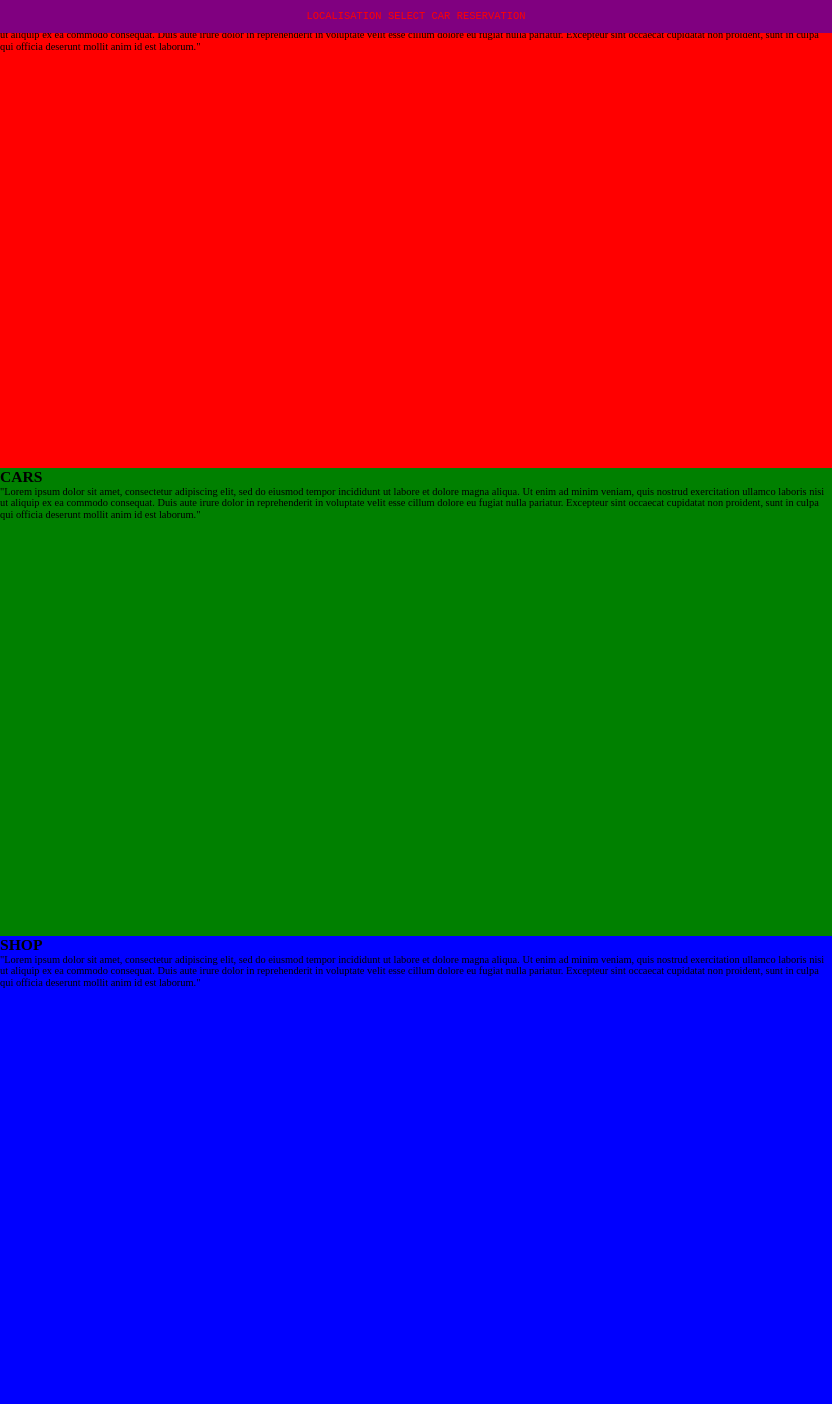
Repository: romgrm/jenaipasdevoiture
Page: src/main/java/fr/romgrm/index.html
An editor plug-in stored every save of this project. The page is shown before and after the next save, followed by the edit.
The browser window is 1280 px wide. The pictures show the whole page, at 65% of full size.

Above is the page before, as saved 2020-10-15 18:10:18.

### src/main/java/fr/romgrm/index.html
<!DOCTYPE html>
<html lang="fr">
    <head>
        <title>JENAIPASDARGENT</title>
        <link rel="stylesheet" href="style.css" type="text/css"/>
    </head>
    <body>

        <div id="CONTAINER">

            <nav id="navBar">
                <ul>
                    <li>LOCALISATION</li>
                    <li>SELECT CAR</li>
                    <li>RESERVATION</li>
                </ul>
            </nav>


            <Section id="Section" class="HOME">
                 <h2>HOME</h2>
                 <p>"Lorem ipsum dolor sit amet, consectetur adipiscing elit, sed do eiusmod tempor incididunt ut labore et dolore magna aliqua. Ut enim ad minim veniam, quis nostrud exercitation ullamco laboris nisi ut aliquip ex ea commodo consequat. Duis aute irure dolor in reprehenderit in voluptate velit esse cillum dolore eu fugiat nulla pariatur. Excepteur sint occaecat cupidatat non proident, sunt in culpa qui officia deserunt mollit anim id est laborum."</p>
            </Section>




            <Section id="Section" class="SELECTCAR">
                <h2>CARS</h2>
                <p>"Lorem ipsum dolor sit amet, consectetur adipiscing elit, sed do eiusmod tempor incididunt ut labore et dolore magna aliqua. Ut enim ad minim veniam, quis nostrud exercitation ullamco laboris nisi ut aliquip ex ea commodo consequat. Duis aute irure dolor in reprehenderit in voluptate velit esse cillum dolore eu fugiat nulla pariatur. Excepteur sint occaecat cupidatat non proident, sunt in culpa qui officia deserunt mollit anim id est laborum."</p>
            </Section>




            <Section id="Section" class="RECAPITULATE">
                <h2>SHOP</h2>
                <p>"Lorem ipsum dolor sit amet, consectetur adipiscing elit, sed do eiusmod tempor incididunt ut labore et dolore magna aliqua. Ut enim ad minim veniam, quis nostrud exercitation ullamco laboris nisi ut aliquip ex ea commodo consequat. Duis aute irure dolor in reprehenderit in voluptate velit esse cillum dolore eu fugiat nulla pariatur. Excepteur sint occaecat cupidatat non proident, sunt in culpa qui officia deserunt mollit anim id est laborum."</p>
            </Section>



        </div>

### src/main/java/fr/romgrm/style.css
*{
    margin: 0;
    padding: 0;
}

body{

}

#navBar{
    background-color: purple;
    position: fixed;
    top: 0;
    z-index: 1;
    display: flex;
    width: 100%;
    height: 50px;
    font-family: 'Courier New', Courier, monospace;

}

#navBar ul{
    display: flex;
    list-style-type: none;
    width: 100%;
    justify-content: center;
    align-items: center;
    gap: 10px;
}

#navBar:hover{
    color: red;
}

#CONTAINER{
    height: 100%;
    width: 100%;

    scroll-behavior: smooth;
}


#Section{
    display: flex;
    flex-direction: column;
    width: 100%;
    height: 100vh; /* vh = Viewport Height : permet de dimensioner par rapport à la taille de l'écran*/

}
.HOME{
    background-color: red;
    margin: 0;
    padding: 0;
}

.SELECTCAR{
    background-color: green;
}

.RECAPITULATE{
    background-color: blue;
}

After the next save:
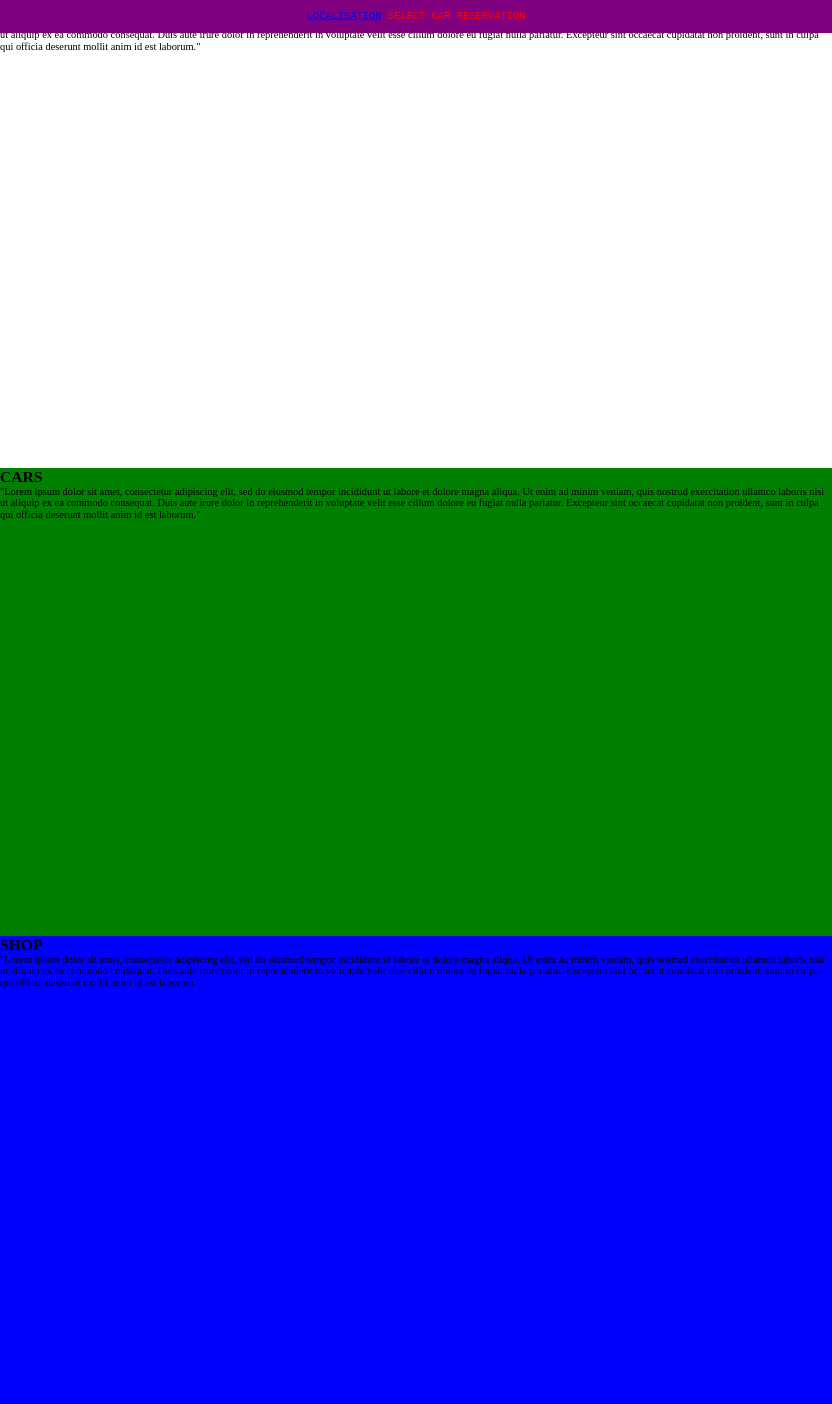
Saved 77 s later.
--- a/src/main/java/fr/romgrm/index.html
+++ b/src/main/java/fr/romgrm/index.html
@@ -10,14 +10,14 @@
 
             <nav id="navBar">
                 <ul>
-                    <li>LOCALISATION</li>
+                    <li><a href=".LOCALISATION">LOCALISATION</a></li>
                     <li>SELECT CAR</li>
                     <li>RESERVATION</li>
                 </ul>
             </nav>
 
 
-            <Section id="Section" class="HOME">
+            <Section id="Section" class="LOCALISATION">
                  <h2>HOME</h2>
                  <p>"Lorem ipsum dolor sit amet, consectetur adipiscing elit, sed do eiusmod tempor incididunt ut labore et dolore magna aliqua. Ut enim ad minim veniam, quis nostrud exercitation ullamco laboris nisi ut aliquip ex ea commodo consequat. Duis aute irure dolor in reprehenderit in voluptate velit esse cillum dolore eu fugiat nulla pariatur. Excepteur sint occaecat cupidatat non proident, sunt in culpa qui officia deserunt mollit anim id est laborum."</p>
             </Section>

After the save that followed:
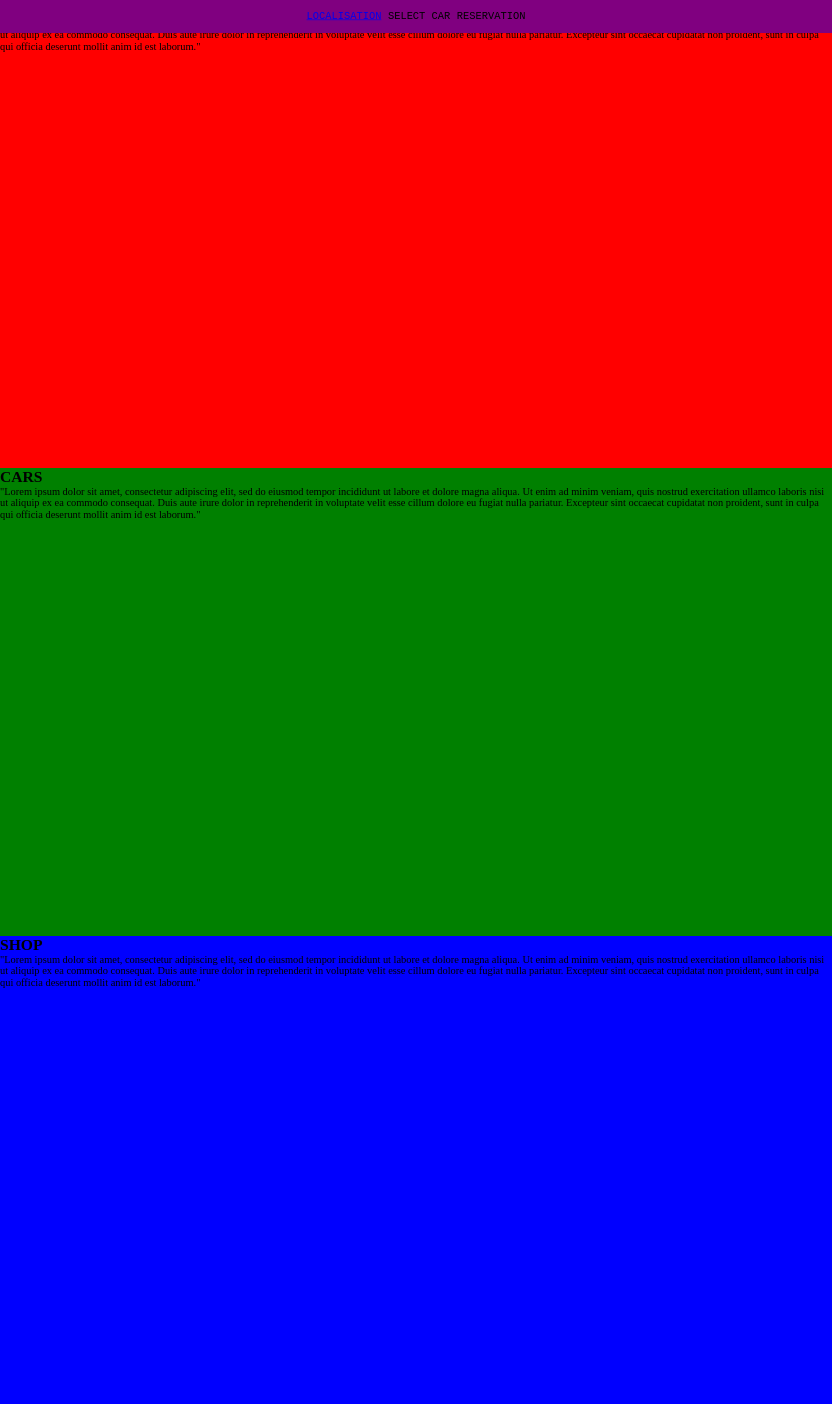
Saved 6 s later.
--- a/src/main/java/fr/romgrm/style.css
+++ b/src/main/java/fr/romgrm/style.css
@@ -28,7 +28,7 @@ body{
     gap: 10px;
 }
 
-#navBar:hover{
+#navBar ul li a:hover{
     color: red;
 }
 
@@ -47,7 +47,7 @@ body{
     height: 100vh; /* vh = Viewport Height : permet de dimensioner par rapport à la taille de l'écran*/
 
 }
-.HOME{
+.LOCALISATION{
     background-color: red;
     margin: 0;
     padding: 0;
